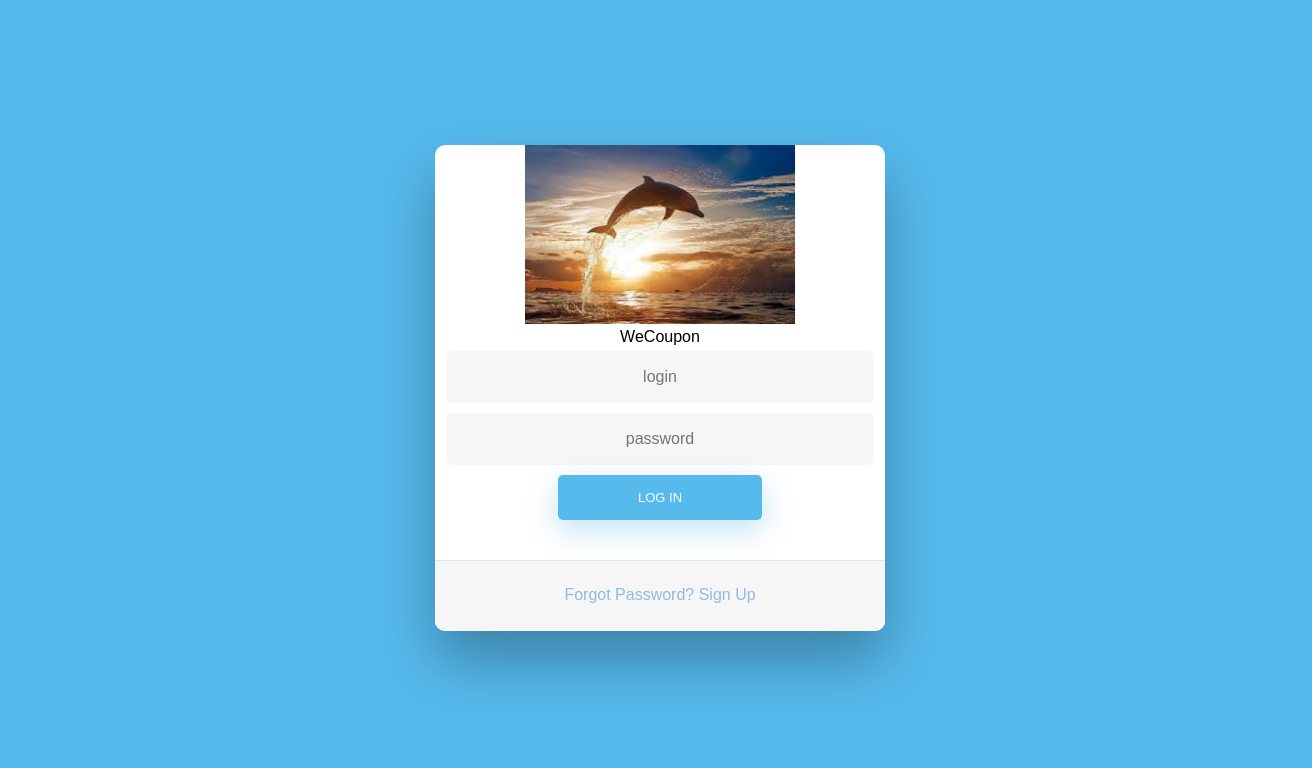
Repository: XUXiangCUHK/WeCoupon
Page: templates/login.html
These files come from the project's save history. The page is drawn as it stood at one moment and after the next save; the edit follows.
The browser window is 1280 px wide. The page is 1312 px wide, so the pictures cover 1312 px, including what lies to the right of the window. The pictures show the whole page.

Above is the page before, as saved 2021-02-27 14:15:10.

### templates/login.html
<!DOCTYPE html>
<html lang="en">
<head>
    <meta charset="UTF-8">
    <meta http-equiv="X-UA-Compatible" content="IE=edge">
    <meta name="viewport" content="width=device-width, initial-scale=1.0">
    <link rel="stylesheet" href="../static/css/login_page.css">
    <script src="../static/js/login.js"></script>
    <title>Document</title>
</head>
<body>
    <div class="wrapper fadeInDown">
        <div id="formContent">
          <!-- Tabs Titles -->

          <!-- Icon -->
          <div class="fadeIn first">
            <img src="../static/images/111.jpg" id="icon" alt="User Icon" />
          </div>

          <div>
            WeCoupon
          </div>

          <!-- Login Form -->
          <form id="form_id" method="POST">
            <input type="text" id="username" class="fadeIn second" name="login" placeholder="login">
            <input type="text" id="password" class="fadeIn third" name="login" placeholder="password">
            <input type="submit" class="fadeIn fourth" value="Log In" onclick="return processform();">
          </form>

          <!-- Remind Passowrd -->
          <div id="formFooter">
            <a class="underlineHover" href="#">Forgot Password?</a>
            <a class="underlineHover" href="#">Sign Up</a>
          </div>

        </div>
      </div>
</body>
</html>

### static/css/login_page.css

/* BASIC */

html {
  background-color: #56baed;
}

body {
  font-family: "Poppins", sans-serif;
  height: 100vh;
}

a {
  color: #92badd;
  display:inline-block;
  text-decoration: none;
  font-weight: 400;
}

h2 {
  text-align: center;
  font-size: 16px;
  font-weight: 600;
  text-transform: uppercase;
  display:inline-block;
  margin: 40px 8px 10px 8px;
  color: #cccccc;
}



/* STRUCTURE */

.wrapper {
  display: flex;
  align-items: center;
  flex-direction: column;
  justify-content: center;
  width: 100%;
  min-height: 100%;
  padding: 20px;
}

#formContent {
  -webkit-border-radius: 10px 10px 10px 10px;
  border-radius: 10px 10px 10px 10px;
  background: #fff;
  padding: 30px;
  width: 90%;
  max-width: 450px;
  position: relative;
  padding: 0px;
  -webkit-box-shadow: 0 30px 60px 0 rgba(0,0,0,0.3);
  box-shadow: 0 30px 60px 0 rgba(0,0,0,0.3);
  text-align: center;
}

#formFooter {
  background-color: #f6f6f6;
  border-top: 1px solid #dce8f1;
  padding: 25px;
  text-align: center;
  -webkit-border-radius: 0 0 10px 10px;
  border-radius: 0 0 10px 10px;
}



/* TABS */

h2.inactive {
  color: #cccccc;
}

h2.active {
  color: #0d0d0d;
  border-bottom: 2px solid #5fbae9;
}



/* FORM TYPOGRAPHY*/

input[type=button], input[type=submit], input[type=reset]  {
  background-color: #56baed;
  border: none;
  color: white;
  padding: 15px 80px;
  text-align: center;
  text-decoration: none;
  display: inline-block;
  text-transform: uppercase;
  font-size: 13px;
  -webkit-box-shadow: 0 10px 30px 0 rgba(95,186,233,0.4);
  box-shadow: 0 10px 30px 0 rgba(95,186,233,0.4);
  -webkit-border-radius: 5px 5px 5px 5px;
  border-radius: 5px 5px 5px 5px;
  margin: 5px 20px 40px 20px;
  -webkit-transition: all 0.3s ease-in-out;
  -moz-transition: all 0.3s ease-in-out;
  -ms-transition: all 0.3s ease-in-out;
  -o-transition: all 0.3s ease-in-out;
  transition: all 0.3s ease-in-out;
}

input[type=button]:hover, input[type=submit]:hover, input[type=reset]:hover  {
  background-color: #39ace7;
}

input[type=button]:active, input[type=submit]:active, input[type=reset]:active  {
  -moz-transform: scale(0.95);
  -webkit-transform: scale(0.95);
  -o-transform: scale(0.95);
  -ms-transform: scale(0.95);
  transform: scale(0.95);
}

input[type=text] {
  background-color: #f6f6f6;
  border: none;
  color: #0d0d0d;
  padding: 15px 32px;
  text-align: center;
  text-decoration: none;
  display: inline-block;
  font-size: 16px;
  margin: 5px;
  width: 80%;
  border: 2px solid #f6f6f6;
  -webkit-transition: all 0.5s ease-in-out;
  -moz-transition: all 0.5s ease-in-out;
  -ms-transition: all 0.5s ease-in-out;
  -o-transition: all 0.5s ease-in-out;
  transition: all 0.5s ease-in-out;
  -webkit-border-radius: 5px 5px 5px 5px;
  border-radius: 5px 5px 5px 5px;
}

input[type=text]:focus {
  background-color: #fff;
  border-bottom: 2px solid #5fbae9;
}

input[type=text]:placeholder {
  color: #cccccc;
}



/* ANIMATIONS */

/* Simple CSS3 Fade-in-down Animation */
.fadeInDown {
  -webkit-animation-name: fadeInDown;
  animation-name: fadeInDown;
  -webkit-animation-duration: 1s;
  animation-duration: 1s;
  -webkit-animation-fill-mode: both;
  animation-fill-mode: both;
}

@-webkit-keyframes fadeInDown {
  0% {
    opacity: 0;
    -webkit-transform: translate3d(0, -100%, 0);
    transform: translate3d(0, -100%, 0);
  }
  100% {
    opacity: 1;
    -webkit-transform: none;
    transform: none;
  }
}

@keyframes fadeInDown {
  0% {
    opacity: 0;
    -webkit-transform: translate3d(0, -100%, 0);
    transform: translate3d(0, -100%, 0);
  }
  100% {
    opacity: 1;
    -webkit-transform: none;
    transform: none;
  }
}

/* Simple CSS3 Fade-in Animation */
@-webkit-keyframes fadeIn { from { opacity:0; } to { opacity:1; } }
@-moz-keyframes fadeIn { from { opacity:0; } to { opacity:1; } }
@keyframes fadeIn { from { opacity:0; } to { opacity:1; } }

.fadeIn {
  opacity:0;
  -webkit-animation:fadeIn ease-in 1;
  -moz-animation:fadeIn ease-in 1;
  animation:fadeIn ease-in 1;

  -webkit-animation-fill-mode:forwards;
  -moz-animation-fill-mode:forwards;
  animation-fill-mode:forwards;

  -webkit-animation-duration:1s;
  -moz-animation-duration:1s;
  animation-duration:1s;
}

.fadeIn.first {
  -webkit-animation-delay: 0.4s;
  -moz-animation-delay: 0.4s;
  animation-delay: 0.4s;
}

.fadeIn.second {
  -webkit-animation-delay: 0.6s;
  -moz-animation-delay: 0.6s;
  animation-delay: 0.6s;
}

.fadeIn.third {
  -webkit-animation-delay: 0.8s;
  -moz-animation-delay: 0.8s;
  animation-delay: 0.8s;
}

.fadeIn.fourth {
  -webkit-animation-delay: 1s;
  -moz-animation-delay: 1s;
  animation-delay: 1s;
}

/* Simple CSS3 Fade-in Animation */
.underlineHover:after {
  display: block;
  left: 0;
  bottom: -10px;
  width: 0;
  height: 2px;
  background-color: #56baed;
  content: "";
  transition: width 0.2s;
}

.underlineHover:hover {
  color: #0d0d0d;
}

.underlineHover:hover:after{
  width: 100%;
}



/* OTHERS */

*:focus {
    outline: none;
}

#icon {
  width:60%;
}

### static/js/login.js
// function processform(){
//     console.log(document.querySelector("#login"));
//     console.log(document.querySelector("#password"));

// }

function processform() {
    // var username = document.querySelector("#login");
    // var password = document.querySelector("#password");
    var username = document.getElementById("username");
    var password = document.getElementById("password");


    if (username.value == ""){
        alert("please input username!");
    }
    else if (password.value == ""){
        alert("please input password!");
    }else if (username.value == "123" && password.value == "123"){
        window.location.href="../templates/student_main_page.html";
        return false;
    }
}

After the next save:
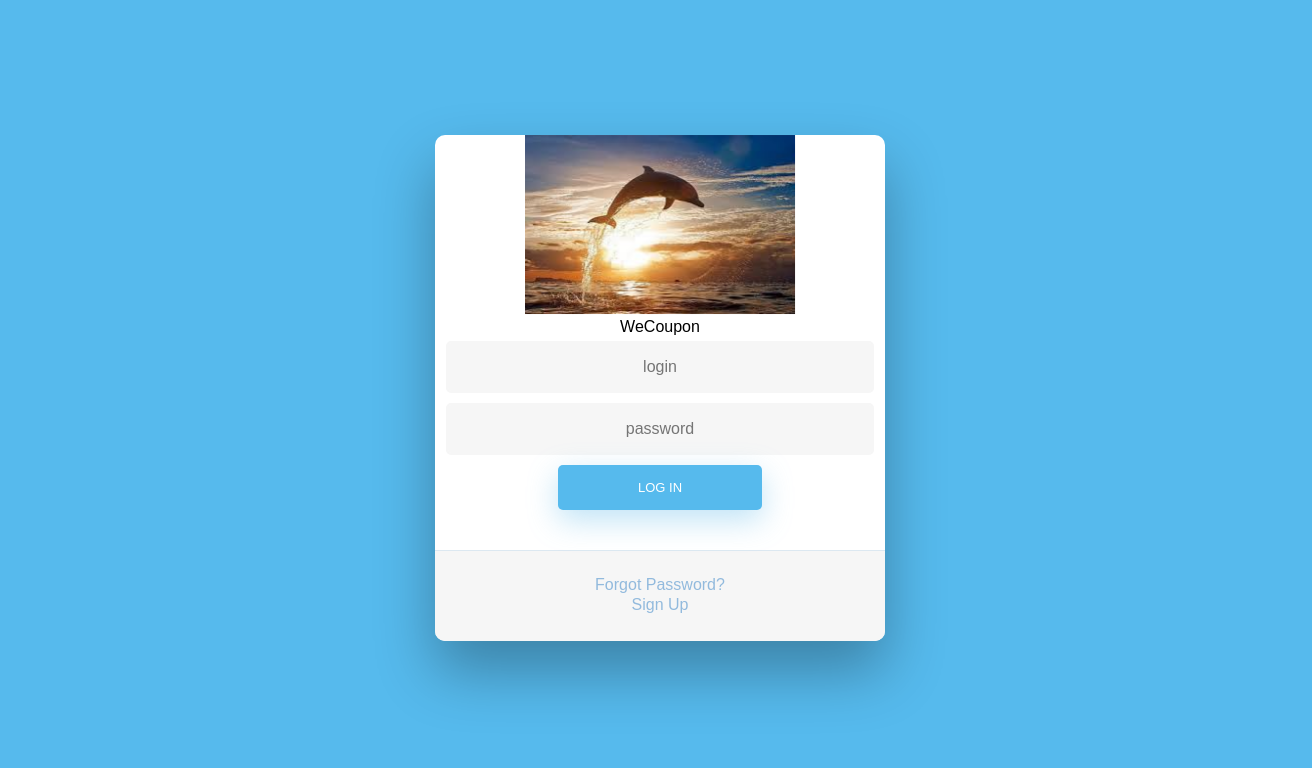
Saved 2 min 5 s later.
--- a/templates/login.html
+++ b/templates/login.html
@@ -31,7 +31,7 @@
 
           <!-- Remind Passowrd -->
           <div id="formFooter">
-            <a class="underlineHover" href="#">Forgot Password?</a>
+            <a class="underlineHover" href="#">Forgot Password?</a><br />
             <a class="underlineHover" href="#">Sign Up</a>
           </div>
 
